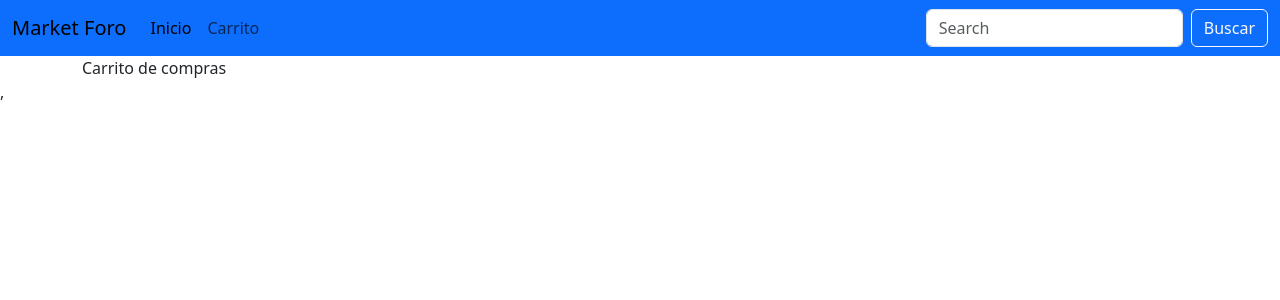
Repository: ikabeee/shopping-car
Page: /cart
The author's editor kept a copy of each file at every save. The page is drawn from the files as they stood at one save, then again after a run of saves.
The browser window is 1280 px wide. The pictures show the whole page.
The project was rebuilt for these pictures with package versions that can differ from the ones it lists, and the page was loaded fresh each time. Also part of the build but not shown: vite.config.ts, src/pages/Home.tsx.

Above is the page before, as saved 2024-10-18 14:18:53.

After the next 4 saves:
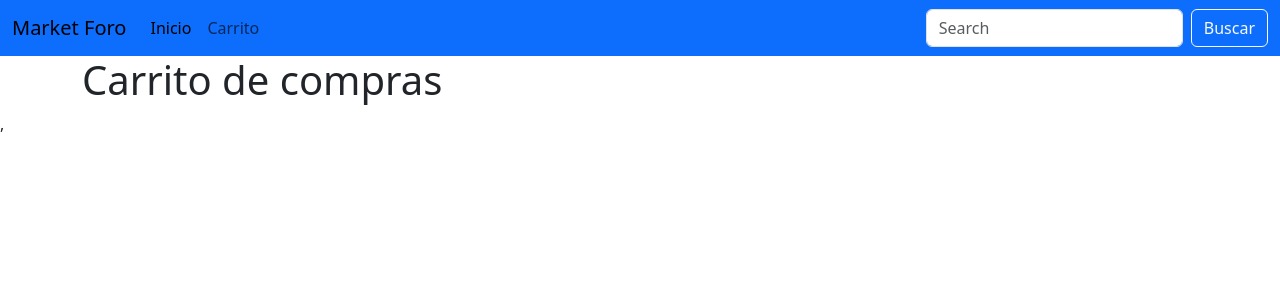
The 4 saves are shown as one change because they came seconds apart.
The last was saved 11 s later.
--- a/src/pages/Cart.tsx
+++ b/src/pages/Cart.tsx
@@ -1,10 +1,11 @@
-const Cart =()=>{
-    return(
+const Cart = () => {
+    return (
         <>
-
-            <div className="container">
-                Carrito de compras
-            </div>
+            <h1>
+                <div className="container">
+                    Carrito de compras
+                </div>
+            </h1>
 
         </>
     )
